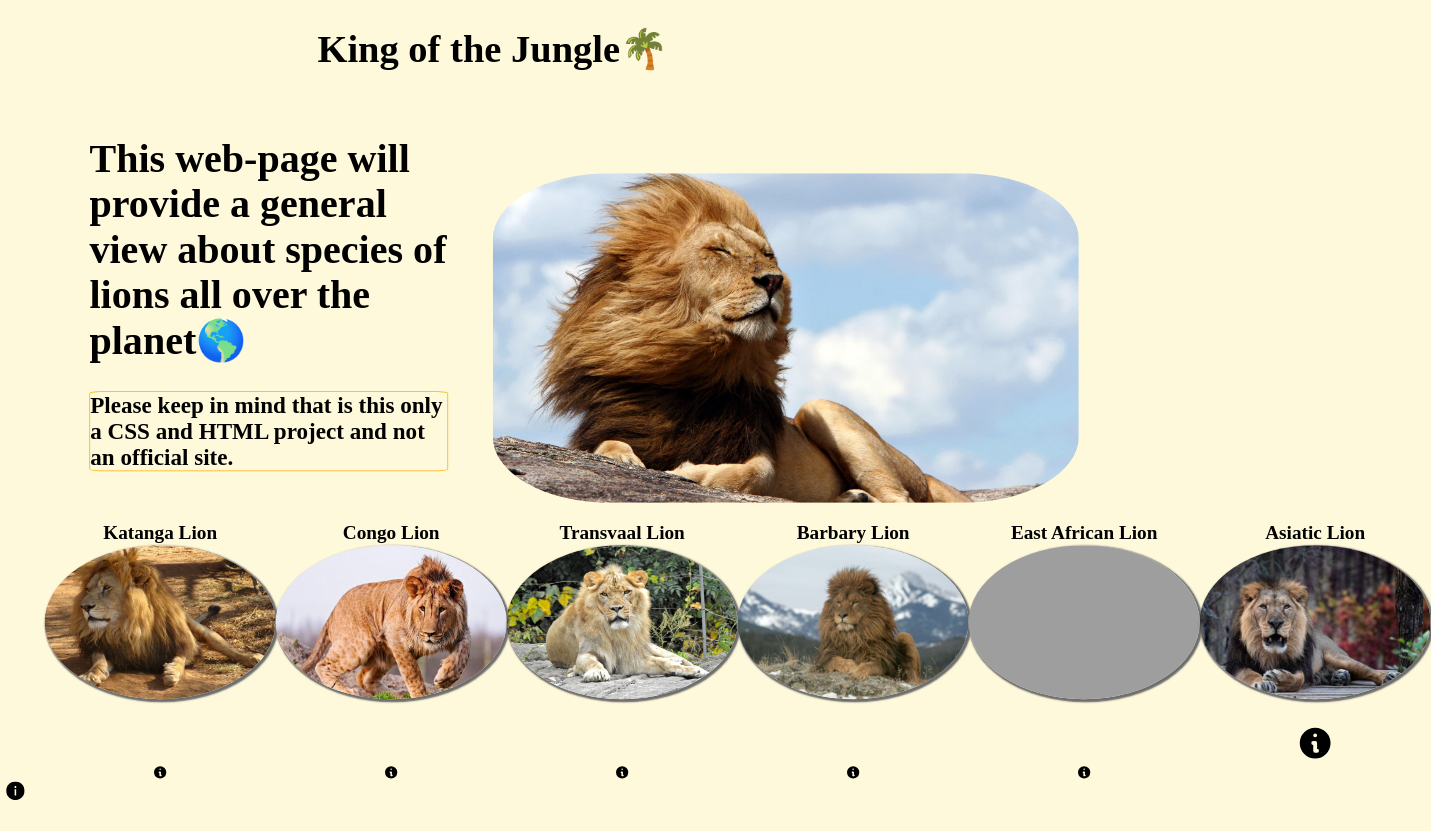
Repository: GeorgeManias/lions_project
Page: index.html
The author's editor kept a copy of each file at every save. The page is drawn from the files as they stood at one save, then again after the next save.
The browser window is 1280 px wide. The page is 1858 px wide, so the pictures cover 1858 px, including what lies to the right of the window. The pictures show the whole page, at 77% of full size.
Pictures or frames that could not be fetched are drawn as grey boxes. Some web fonts or font styles are not loaded; a fallback is used.

Above is the page before, as saved 2021-11-04 20:52:55.

### index.html
<!DOCTYPE html>
<html lang="en">
  <head>
    <link rel="stylesheet" href="index.css" />
    <link
      href="https://fonts.googleapis.com/css2?family=Roboto:ital@1&display=swap"
      rel="stylesheet"
    />
    <link rel="preconnect" href="https://fonts.googleapis.com" />
    <link rel="preconnect" href="https://fonts.gstatic.com" crossorigin />
    <link
      href="https://fonts.googleapis.com/css2?family=Fruktur&family=Roboto:ital,wght@1,100;1,300&display=swap"
      rel="stylesheet"
    />
    <title>King of the Jungle</title>
  </head>
  <div class="container">
    <!--This will be the container fro the main_page-->

    <body>
      <header class="header_top">
        <h1>King of the Jungle🌴</h1>
      </header>
      <!--Class above will support the grid between header and main photo-->
      <div class="hero_section">
        <div class="headers_and_mainphoto">
          <header>
            <!--This area will be for the upper body part-->
            <h1 class="main_header">
              This web-page will provide a general view about species of lions
              all over the planet🌎
            </h1>
            <h2 class="project_header">
              Please keep in mind that is this only a CSS and HTML project and
              not an official site.
            </h2>
          </header>
          <img
            src="pictures/main_lion.jpg"
            alt="main_lion_photo"
            class="main_photo"
          />
        </div>

        <!--Multiple Pictures Grid Start----------------------------------------------------------------------------------------------->
        <div class="grid_with_6_pictures">
          <!--Katanga_Lion_Start-->
          <h3 id="katanga_title_cord" class="titles_6">Katanga Lion</h3>
          <img
            src="pictures/katanga_lion.jpg"
            alt="katanga_lion"
            id="katanga_img_cord"
            class="img_6"
          />
          <svg
            href="#"
            class="info_svg"
            xmlns="http://www.w3.org/2000/svg"
            width="24"
            height="24"
            viewBox="0 0 24 24"
          >
            <a href="https://www.google.co.uk/" target="_top">
              <path
                stroke-linecap="round"
                stroke-linejoin="round"
                stroke-width="2"
                d="M13 16h-1v-4h-1m1-4h.01M21 12a9 9 0 11-18 0 9 9 0 0118 0z"
              />
            </a>
          </svg>
          <!--Katanga_Lion_End-->

          <!--Congo_Lion_Start-->
          <h3 id="congo_title_cord" class="titles_6">Congo Lion</h3>
          <img
            src="pictures/congo_lion.jpg"
            alt="congo_lion"
            id="congo_img_cord"
            class="img_6"
          />
          <svg
            class="info_svg"
            id="congo_info_cord"
            xmlns="http://www.w3.org/2000/svg"
            width="24"
            height="24"
            viewBox="0 0 24 24"
          >
            <a href="https://www.google.co.uk/" target="_top">
              <path
                stroke-linecap="round"
                stroke-linejoin="round"
                stroke-width="2"
                d="M13 16h-1v-4h-1m1-4h.01M21 12a9 9 0 11-18 0 9 9 0 0118 0z"
              />
            </a>
          </svg>
          <!--Congo_Lion_End-->

          <!--Transvaal_Lion_Start-->
          <h3 id="Transvaal_title_cord" class="titles_6">Transvaal Lion</h3>
          <img
            src="pictures/Transvaal_lion.jpg"
            alt="Transvaal_lion"
            id="Transvaal_img_cord"
            class="img_6"
          />
          <svg
            class="info_svg"
            id="Transvaal_info_cord"
            xmlns="http://www.w3.org/2000/svg"
            width="24"
            height="24"
            viewBox="0 0 24 24"
          >
            <a href="https://www.google.co.uk/" target="_top">
              <path
                stroke-linecap="round"
                stroke-linejoin="round"
                stroke-width="2"
                d="M13 16h-1v-4h-1m1-4h.01M21 12a9 9 0 11-18 0 9 9 0 0118 0z"
              />
            </a>
          </svg>
          <!--Transvaal_Lion_End-->

          <!--barbary_Lion_Start-->
          <h3 id="barbary_title_cord" class="titles_6">Barbary Lion</h3>
          <img
            src="pictures/barbary_lion.jpg"
            alt="barbary_lion"
            id="barbary_img_cord"
            class="img_6"
          />
          <svg
            class="info_svg"
            id="barbary_info_cord"
            xmlns="http://www.w3.org/2000/svg"
            width="24"
            height="24"
            viewBox="0 0 24 24"
          >
            <a href="https://www.google.co.uk/" target="_top">
              <path
                stroke-linecap="round"
                stroke-linejoin="round"
                stroke-width="2"
                d="M13 16h-1v-4h-1m1-4h.01M21 12a9 9 0 11-18 0 9 9 0 0118 0z"
              />
            </a>
          </svg>
          <!--barbary_Lion_End-->

          <!--east_african_Lion_Start-->
          <h3 id="east_african_title_cord" class="titles_6">
            East African Lion
          </h3>
          <img
            src="pictures/east_african.jpg"
            alt="east_african_lion"
            id="east_african_img_cord"
            class="img_6"
          />
          <svg
            class="info_svg"
            id="east_african_info_cord"
            xmlns="http://www.w3.org/2000/svg"
            width="24"
            height="24"
            viewBox="0 0 24 24"
          >
            <a href="https://www.google.co.uk/" target="_top">
              <path
                stroke-linecap="round"
                stroke-linejoin="round"
                stroke-width="2"
                d="M13 16h-1v-4h-1m1-4h.01M21 12a9 9 0 11-18 0 9 9 0 0118 0z"
              />
            </a>
          </svg>
          <!--east_african_Lion_End-->

          <!--asiatic_Lion_Start-->
          <h3 id="asiatic_title_cord" class="titles_6">Asiatic Lion</h3>
          <img
            src="pictures/asiatic_lion.jpg"
            alt="asiatic_lion"
            id="asiatic_img_cord"
            class="img_6"
          />
          <svg
            class="info_svg"
            id="asiatic_info_cord"
            xmlns="http://www.w3.org/2000/svg"
            width="100"
            height="100"
            viewBox="0 0 24 24"
          >
            <a href="https://www.google.co.uk/" target="_top">
              <path
                stroke-linecap="round"
                stroke-linejoin="round"
                stroke-width="2"
                d="M13 16h-1v-4h-1m1-4h.01M21 12a9 9 0 11-18 0 9 9 0 0118 0z"
              />
            </a>
          </svg>
          <!--Multiple Pictures Grid End----------------------------------------------------------------------------------------------->
        </div>
      </div>
    </body>
  </div>
</html>

<!--1
  Katanga lion
  Congo Lion
  Transvaal lion
  East African lion
  Asiatic lion
  West African lion

-->

<svg
  xmlns="http://www.w3.org/2000/svg"
  width="24"
  height="24"
  viewBox="0 0 24 24"
>
  <path
    d="M12 24c6.627 0 12-5.373 12-12s-5.373-12-12-12-12 5.373-12 12 5.373 12 12 12zm1-6h-2v-8h2v8zm-1-12.25c.69 0 1.25.56 1.25 1.25s-.56 1.25-1.25 1.25-1.25-.56-1.25-1.25.56-1.25 1.25-1.25z"
  />
</svg>

### index.css
/*

--- 01 TYPOGRAPHY SYSTEM

- Font sizes (px)
10 / 12 / 14 / 16 / 18 / 20 / 24 / 30 / 36 / 44 / 52 / 62 / 74 / 86 / 98

- Font weights
Default: 400
Medium: 500
Semi-bold: 600
Bold: 700

- Line heights
Default: 1
Small: 1.05
Medium: 1.2
Paragraph default: 1.6

- Letter spacing
-0.5px
0.75px

--- 02 COLORS

- Primary: ##fab005
- Tints:
#fff9db
#644602

- Shades:


#f0ede6


- Accents:
- Greys

#888
#767676 (lightest grey allowed on #fff)
#6f6f6f (lightest grey allowed on #fdf2e9)
#555
#333

--- 05 SHADOWS

0 2.4rem 4.8rem rgba(0, 0, 0, 0.075);

--- 06 BORDER-RADIUS

Default: 9px
Medium: 11px

--- 07 WHITESPACE

- Spacing system (px)
2 / 4 / 8 / 12 / 16 / 24 / 32 / 48 / 64 / 80 / 96 / 128
*/

html {
  /*εδώ βάζω το 10 με σκοπο το αλλο να έχει ευκολο πολαπλασσιο του rem*/
  font-size: 10px;
  margin-left: 0%;
  margin-right: 0%;
}

body {
  background-color: #fff9db;
  margin-bottom: 3%;
}

.header_top {
  font-family: "Fruktur", cursive;
  text-align: center;
  font-size: 2.5rem;
}

.hero_section {
  padding-left: 5rem;
  padding-right: 5rem;
}

header {
  margin-left: 10%;
  margin-right: 10%;
}

.main_header {
  font-size: 5.2rem;
}

.project_header {
  font-size: 3rem;
  border: 0.1rem solid #fab005;
  border-radius: 3%;
}

.headers_and_mainphoto {
  /*Αυτο το πεδίο αναφέρεται στο grid*/
  display: grid;
  grid-template-columns: 50% 50%;
  align-items: center;
}

.grid_with_6_pictures {
  display: grid;
  grid-template-columns: 1fr 1fr 1fr 1fr 1fr 1fr;
  grid-template-rows: auto 1fr auto;
  justify-items: center;
  align-items: flex-end;
}

.main_photo {
  width: 761px;
  margin-top: 100px;
  border-radius: 20%;
}

.img_6 {
  width: 300px;
  height: 200px;
  border-radius: 50%;
  box-shadow: 2px 2px 2px 2px rgb(109, 109, 109);
}

.titles_6 {
  font-size: 2.5rem;
  margin-bottom: 0.8%;
}

.info_svg {
  margin-top: 2.2%;
  width: 20%;
  stroke: #fff9db;
  border-radius: 0;
}

/*//////////////////////////////////////////////////////////////////////////////////////////////////////////////////////////////////////////////////////////////////*/
/*Katanga Lion Cord Start*/
#katanga_title_cord {
  grid-column: 1/2;
  grid-row: 1/2;
}
#katanga_img_cord {
  grid-column: 1/2;
  grid-row: 2/3;
}

#katanga_info_cord {
  grid-column: 1/2;
  grid-row: 3/4;
}
/*Katanga Lion Cord End*/

/*Congo Lion Cord Start*/
#congo_title_cord {
  grid-column: 2/3;
  grid-row: 1/2;
}
#congo_img_cord {
  grid-column: 2/3;
  grid-row: 2/3;
}

#congo_info_cord {
  grid-column: 2/3;
  grid-row: 3/4;
}
/*Congo Lion Cord End*/

/*Transvaal Lion Cord Start*/
#Transvaal_title_cord {
  grid-column: 3/4;
  grid-row: 1/2;
}
#Transvaal_img_cord {
  grid-column: 3/4;
  grid-row: 2/3;
}

#Transvaal_info_cord {
  grid-column: 3/4;
  grid-row: 3/4;
}
/*Transvaal Lion Cord End*/

/*Congo Lion Cord End*/

/*barbary Lion Cord Start*/
#barbary_title_cord {
  grid-column: 4/5;
  grid-row: 1/2;
}
#barbary_img_cord {
  grid-column: 4/5;
  grid-row: 2/3;
}

#barbary_info_cord {
  grid-column: 4/5;
  grid-row: 3/4;
}
/*barbary Lion Cord End*/

/*east_african Lion Cord Start*/
#east_african_title_cord {
  grid-column: 5/6;
  grid-row: 1/2;
}
#east_african_img_cord {
  grid-column: 5/6;
  grid-row: 2/3;
}

#east_african_info_cord {
  grid-column: 5/6;
  grid-row: 3/4;
}
/*east_african Lion Cord End*/

/*asiatic Lion Cord Start*/
#asiatic_title_cord {
  grid-column: 6/7;
  grid-row: 1/2;
}
#asiatic_img_cord {
  grid-column: 6/7;
  grid-row: 2/3;
}

#asiatic_info_cord {
  grid-column: 6/7;
  grid-row: 3/4;
}
/*asiatic Lion Cord End*/
/*//////////////////////////////////////////////////////////////////////////////////////////////////////////////////////////////////////////////////////////////////*/

After the next save:
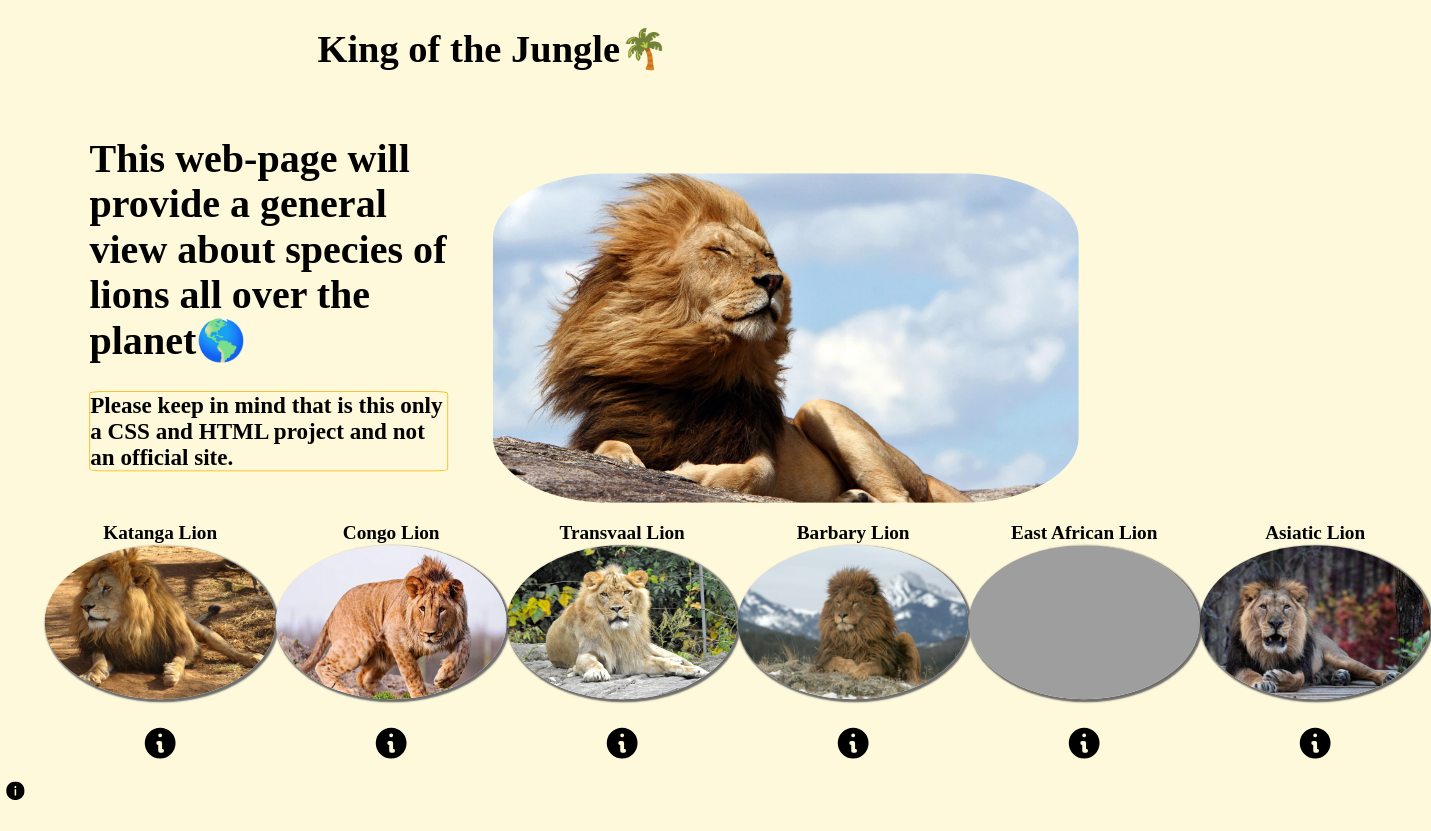
Saved 77 s later.
--- a/index.html
+++ b/index.html
@@ -56,8 +56,8 @@
             href="#"
             class="info_svg"
             xmlns="http://www.w3.org/2000/svg"
-            width="24"
-            height="24"
+            width="100"
+            height="100"
             viewBox="0 0 24 24"
           >
             <a href="https://www.google.co.uk/" target="_top">
@@ -83,8 +83,8 @@
             class="info_svg"
             id="congo_info_cord"
             xmlns="http://www.w3.org/2000/svg"
-            width="24"
-            height="24"
+            width="100"
+            height="100"
             viewBox="0 0 24 24"
           >
             <a href="https://www.google.co.uk/" target="_top">
@@ -110,8 +110,8 @@
             class="info_svg"
             id="Transvaal_info_cord"
             xmlns="http://www.w3.org/2000/svg"
-            width="24"
-            height="24"
+            width="100"
+            height="100"
             viewBox="0 0 24 24"
           >
             <a href="https://www.google.co.uk/" target="_top">
@@ -137,8 +137,8 @@
             class="info_svg"
             id="barbary_info_cord"
             xmlns="http://www.w3.org/2000/svg"
-            width="24"
-            height="24"
+            width="100"
+            height="100"
             viewBox="0 0 24 24"
           >
             <a href="https://www.google.co.uk/" target="_top">
@@ -166,8 +166,8 @@
             class="info_svg"
             id="east_african_info_cord"
             xmlns="http://www.w3.org/2000/svg"
-            width="24"
-            height="24"
+            width="100"
+            height="100"
             viewBox="0 0 24 24"
           >
             <a href="https://www.google.co.uk/" target="_top">
